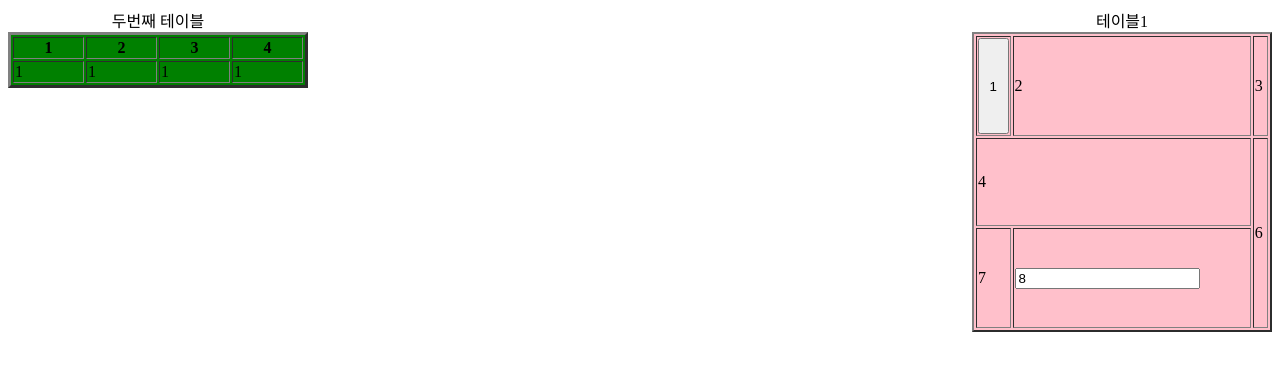
Repository: trapezer84/JSP
Page: http://localhost/AB_WebCalc/listTest1.jsp
The author's editor kept a copy of each file at every save. The page is drawn from the files as they stood at one save, then again after the next save.
The browser window is 1280 px wide. The pictures show the whole page.
The page is served by Tomcat 9.

Above is the page before, as saved 2016-02-02 11:18:57.

After the next save:
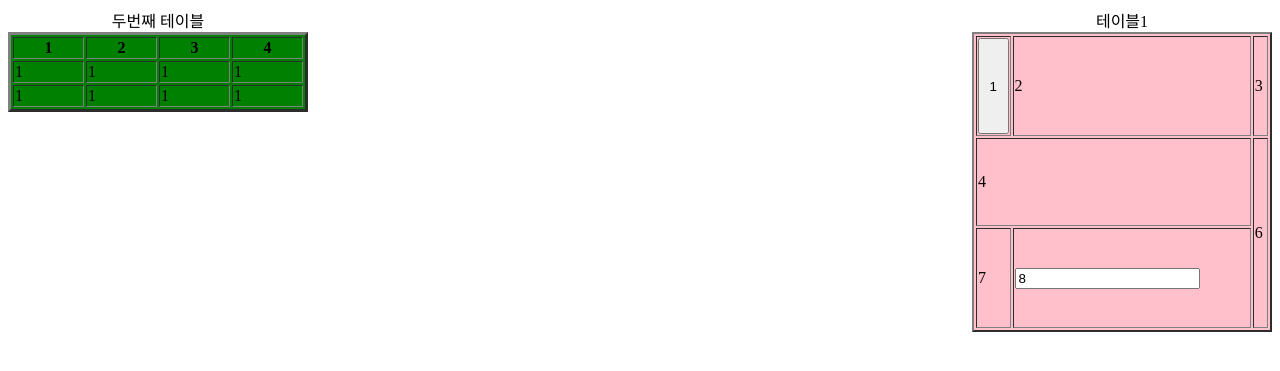
Saved 15 s later.
--- a/AB_WebCalc/WebContent/listTest1.jsp
+++ b/AB_WebCalc/WebContent/listTest1.jsp
@@ -40,6 +40,12 @@
 			<td>1</td>
 			<td>1</td>
 		</tr>
+		<tr>
+			<td>1</td>
+			<td>1</td>
+			<td>1</td>
+			<td>1</td>
+		</tr>
 
 	</table>
 
